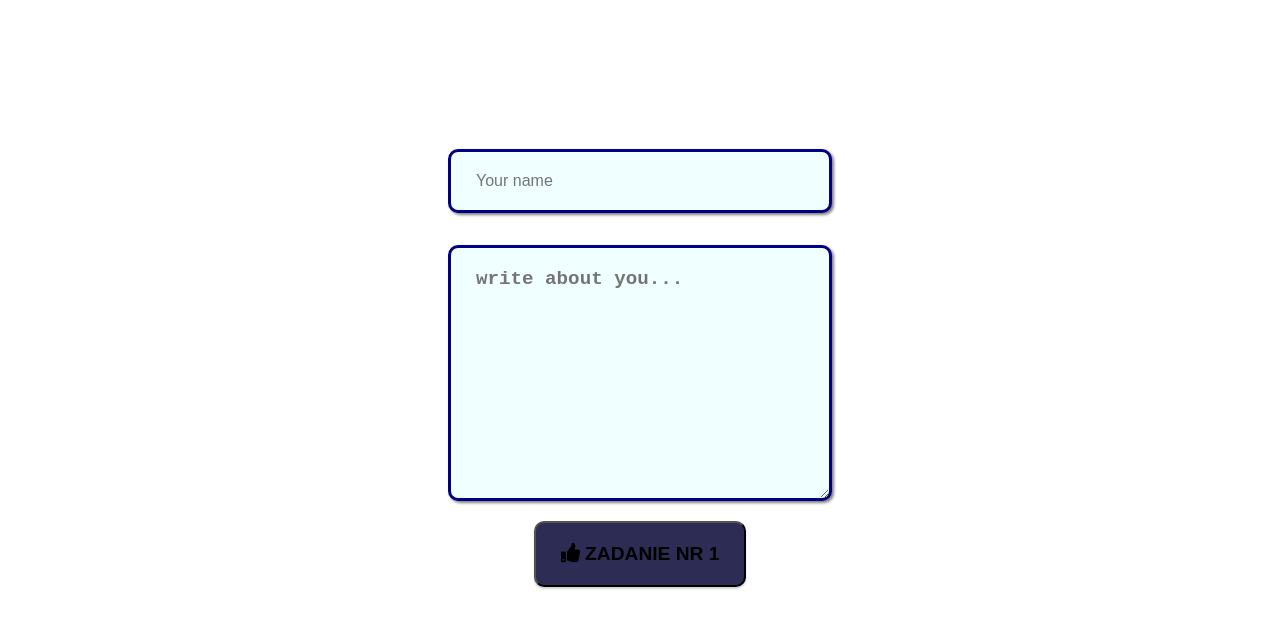
Repository: KrzysKolo/sr_tydzien3_zad_1_2_3
Page: /
An editor plug-in stored every save of this project. The page is shown before and after the next save, followed by the edit.
The browser window is 1280 px wide. The pictures show the whole page.
The project was rebuilt for these pictures with package versions that can differ from the ones it lists, and the page was loaded fresh each time.

Above is the page before, as saved 2020-11-02 17:49:45.

### src/App.js
import React,  { Component } from 'react';
import { Button, Input, Textarea } from './components/Form'
import { faThumbsUp } from "@fortawesome/free-solid-svg-icons";
import './App.css';

class App extends Component {
  state = {  }

  render() {

    return (
      <div className="app">
        <Input bgColor="azure" color="navy" borderSize="3px" borderRadius="10px" borderColor="navy" placeholder="Your name" />
        <Textarea bgColor="azure" color="navy" borderSize="3px" borderRadius="10px" borderColor="navy" placeholder="write about you..." />
        <Button  bgColor="lucky point" color="swan white" label="Zadanie nr 1" icon={faThumbsUp}/>
      </div>
     );
  }
}

export default App;

### src/components/Form/index.js
export { default as Button} from "./Button";
export { default as Input} from "./Input";
export { default as Textarea} from "./Textarea";

### src/App.css
* {
  padding: 0;
  margin: 0;
  box-sizing: border-box;
}
.app {
  display: flex;
  flex-direction: column;
  justify-content: center;
  align-items: center;
  height: 100vh;
}

### src/components/Form/Button.js
import React from 'react';
import styled from 'styled-components';
import ColorPalet from './../Colors/ColorPalet'
import { FontAwesomeIcon } from '@fortawesome/react-fontawesome';
import { faAngellist } from '@fortawesome/free-brands-svg-icons';

const Button = ({label, color, bgColor, icon}) => {
    const Button = styled.button`
    background-color: ${ColorPalet[bgColor]};
    border-radius: 10px;
    box-shadow: 0px 2px 2px lightgray;
    color: ${[color]};
    cursor: pointer;
    font-weight: bold;
    font-size: 1.2rem;
    outline: 0;
    padding: 20px 25px;
    text-transform: uppercase;
    transition: ease background-color, color 0.6s;
    &:hover {
        background-color: ${[color]};
        color: ${[bgColor]};
    }
    `;
    return (

        <div>
            <Button >
                <FontAwesomeIcon icon={icon} /> {label}
            </Button>
        </div>
     );
}
Button.defaultProps = {
    bgColor: ColorPalet["grey porcelain"],
    color: "#FFC312",
    label: "Click me",
    icon: faAngellist,
}

export default Button;

### src/components/Form/Input.js
import React from 'react';
import styled from 'styled-components';


const Input = ({placeholder, color, bgColor, borderSize, borderRadius, borderColor}) => {
    const Input = styled.input`
    background-color: ${bgColor};
    border-radius: ${borderRadius};
    border: ${borderSize} solid ${borderColor};;
    box-shadow: 2px 2px 3px grey;
    color: ${color};
    font-size: 1rem;
    height: 5vw;
    margin: 1rem auto;
    outline: 0;
    padding: 20px 25px;
    width: 30vw;
    `;
    return (

        <div>
            <Input placeholder={ placeholder }/>
        </div>
     );
}
Input.defaultProps = {
    bgColor: "beige",
    border: "3px solid olive",
    borderRadius: "15px",
    color: "midnightblue",
    placeholder: "write...",
    }

export default Input;

### src/components/Form/Textarea.js
import React from 'react';
import styled from 'styled-components';


const Textarea = ({placeholder, color, bgColor, borderSize, borderRadius, borderColor}) => {
    const Textarea = styled.textarea`
    background-color: ${bgColor};
    border-radius: ${borderRadius};
    border: ${borderSize} solid ${borderColor};;
    box-shadow: 2px 2px 3px grey;
    color: ${color};
    font-weight: bold;
    font-size: 1.2rem;
    height: 20vw;
    margin: 1rem auto;
    outline: 0;
    padding: 20px 25px;
    width: 30vw;
    `;
    return (

        <div>
            <Textarea placeholder={ placeholder }/>
        </div>
     );
}
Textarea.defaultProps = {
    bgColor: "beige",
    border: "3px solid olive",
    borderRadius: "15px",
    color: "midnightblue",
    placeholder: "write...",
    }

export default Textarea;

### src/components/Colors/ColorPalet.js

const ColorPalet = {
    "jackson purple": "#40407a",
    "lucky point": "#2c2c54",
    "fluorescent red": "#ff5252",
    "eye of newt": "#b33939",
    "c64 purple": "#706fd3",
    liberty: "#474787",
    "synthetic pumpkin": "#ff793f",
    "chilean fire": "#cd6133",
    "swan white": "#f7f1e3",
    "hot stone": "#aaa69d",
    "crocodile tooth": "#d1ccc0",
    "grey porcelain": "#84817a",
    "summer sky": "#34ace0",
    "devil blue": "#227093",
    "mandarin sorbet": "#ffb142",
    "alamedia ochre": "#cc8e35",
    "celestial green": "#33d9b2",
    "palm springs aplash": "#218c74",
    "spiced butternut": "#218c74",
    desert: "#ccae62",

  };

  export default ColorPalet;

Loaded but not shown: public/index.html (common file); src/index.js (common file); src/index.css (common file)

After the next save:
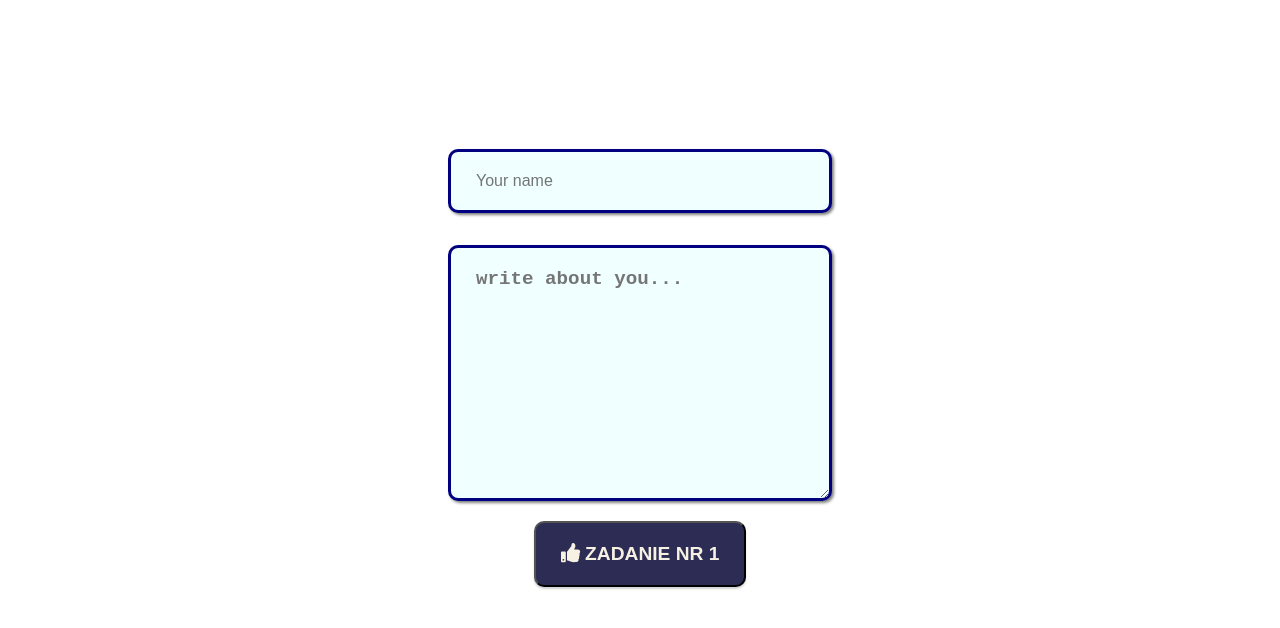
Saved 84 s later.
--- a/src/components/Form/Button.js
+++ b/src/components/Form/Button.js
@@ -6,10 +6,10 @@ import { faAngellist } from '@fortawesome/free-brands-svg-icons';
 
 const Button = ({label, color, bgColor, icon}) => {
     const Button = styled.button`
-    background-color: ${ColorPalet[bgColor]};
+    background-color: ${ColorPalet[bgColor.toLowerCase()]};
     border-radius: 10px;
     box-shadow: 0px 2px 2px lightgray;
-    color: ${[color]};
+    color: ${ColorPalet[color.toLowerCase()]};
     cursor: pointer;
     font-weight: bold;
     font-size: 1.2rem;
@@ -18,8 +18,8 @@ const Button = ({label, color, bgColor, icon}) => {
     text-transform: uppercase;
     transition: ease background-color, color 0.6s;
     &:hover {
-        background-color: ${[color]};
-        color: ${[bgColor]};
+        background-color: ${ColorPalet[color.toLowerCase()]};
+        color: ${ColorPalet[bgColor.toLowerCase()]};
     }
     `;
     return (
